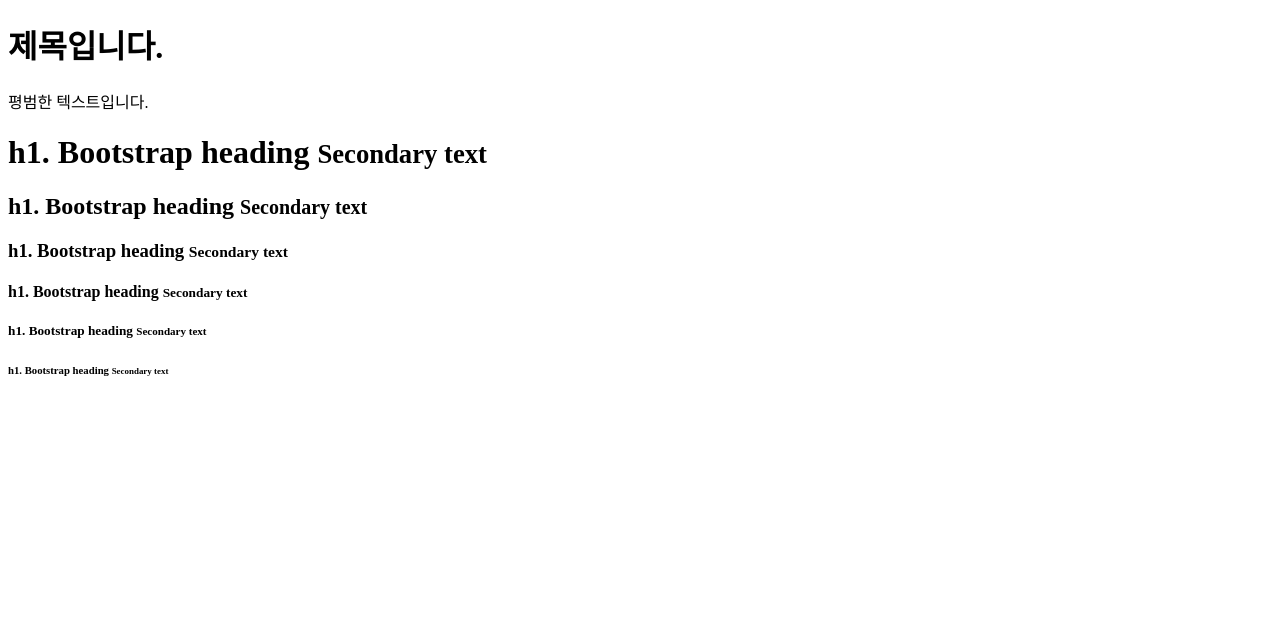
Repository: yhj4130/BootstrapStudy
Page: BootstrapWork/WebContent/BootEx01.html
These files come from the project's save history. The page is drawn as it stood at one moment and after the next save; the edit follows.
The browser window is 1280 px wide. The pictures show the whole page.

Above is the page before, as saved 2019-06-12 01:12:24.

### BootstrapWork/WebContent/BootEx01.html
<!DOCTYPE html>
<html>
<head>
<meta charset="UTF-8">
<title>BootEx01.html</title>
</head>
<body>

<h1>제목입니다.</h1>

평범한 텍스트입니다.

<h1>h1. Bootstrap heading <small>Secondary text</small></h1>
<h2>h1. Bootstrap heading <small>Secondary text</small></h2>
<h3>h1. Bootstrap heading <small>Secondary text</small></h3>
<h4>h1. Bootstrap heading <small>Secondary text</small></h4>
<h5>h1. Bootstrap heading <small>Secondary text</small></h5>
<h6>h1. Bootstrap heading <small>Secondary text</small></h6>



</body>
</html>

After the next save:
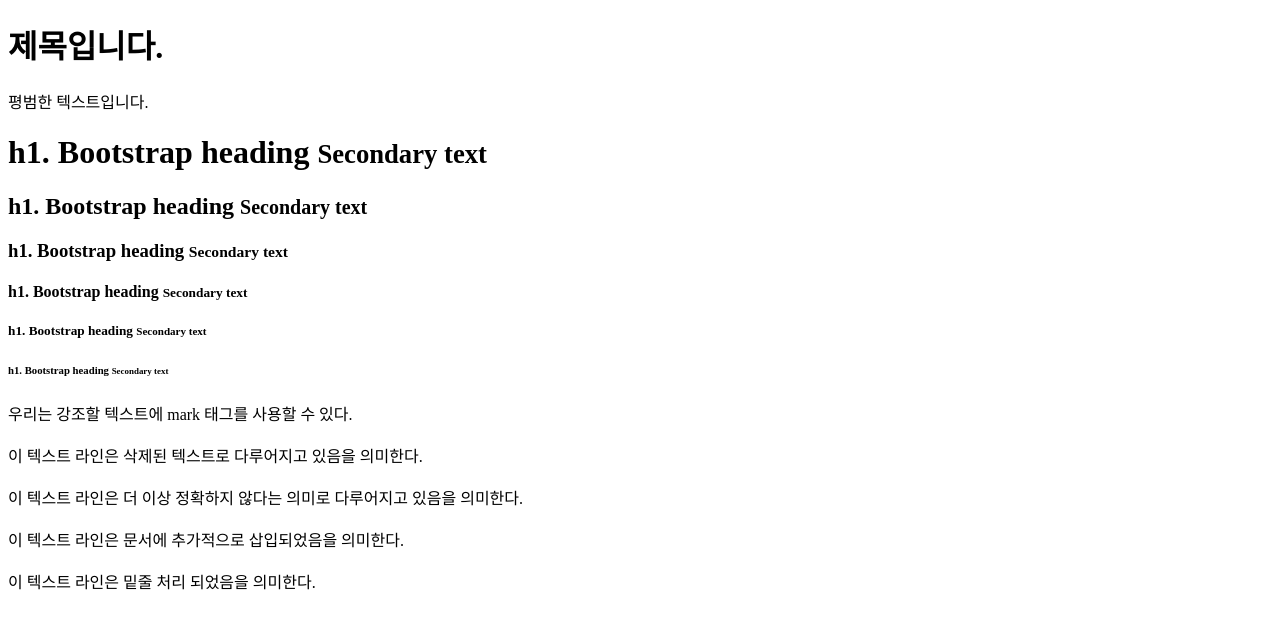
Saved 97 s later.
--- a/BootstrapWork/WebContent/BootEx01.html
+++ b/BootstrapWork/WebContent/BootEx01.html
@@ -18,6 +18,15 @@
 <h6>h1. Bootstrap heading <small>Secondary text</small></h6>
 
 
+우리는 강조할 텍스트에 mark 태그를 사용할 수 있다. <br><br>
+
+이 텍스트 라인은 삭제된 텍스트로 다루어지고 있음을 의미한다. <br><br>
+
+이 텍스트 라인은 더 이상 정확하지 않다는 의미로 다루어지고 있음을 의미한다. <br><br>
+
+이 텍스트 라인은 문서에 추가적으로 삽입되었음을 의미한다. <br><br>
+
+이 텍스트 라인은 밑줄 처리 되었음을 의미한다. <br><br>
 
 </body>
 </html>
